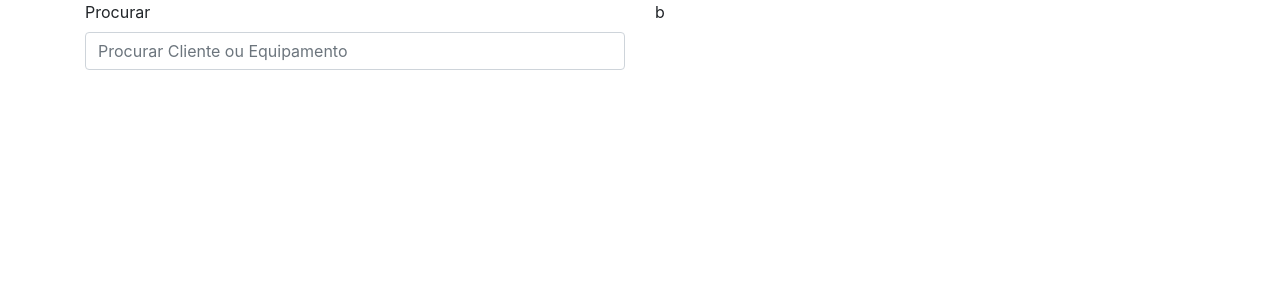
Repository: gabrielfeliphe/AssistenciaTecnica
Page: PI-AssistenciaTecnica/WebContent/pages/general/funcoes/consulta_orcamento.html
These files come from the project's save history. The page is drawn as it stood at one moment and after the next save; the edit follows.
The browser window is 1280 px wide. The pictures show the whole page.
Some web libraries are served in a nearby version.

Above is the page before, as saved 2021-10-14 23:53:14.
Console error: TypeError: Cannot read properties of undefined (reading 'fn')

After the next save:
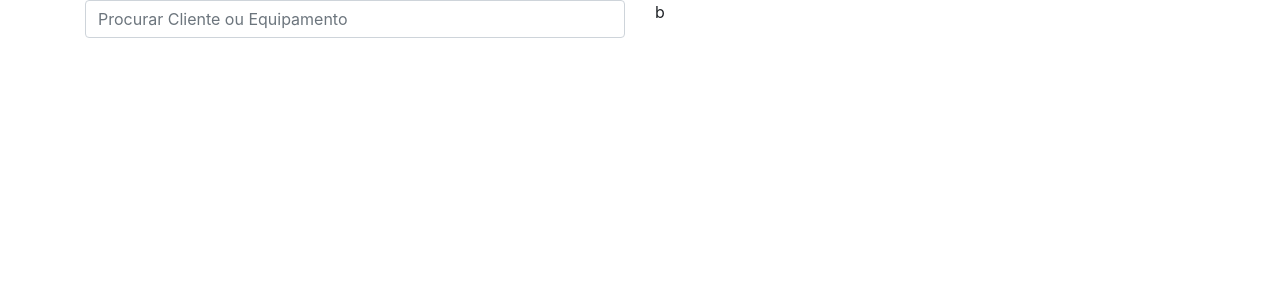
Saved 16 s later.
--- a/PI-AssistenciaTecnica/WebContent/pages/general/funcoes/consulta_orcamento.html
+++ b/PI-AssistenciaTecnica/WebContent/pages/general/funcoes/consulta_orcamento.html
@@ -13,7 +13,6 @@
 	<div class= "container">
 		<div class = "row">
 			<div class="col-sm">
-				 <label>Procurar</label>
 			 	 <input type="text" class="form-control"  placeholder="Procurar Cliente ou Equipamento">
 			</div>
 			<div class="col-sm">
